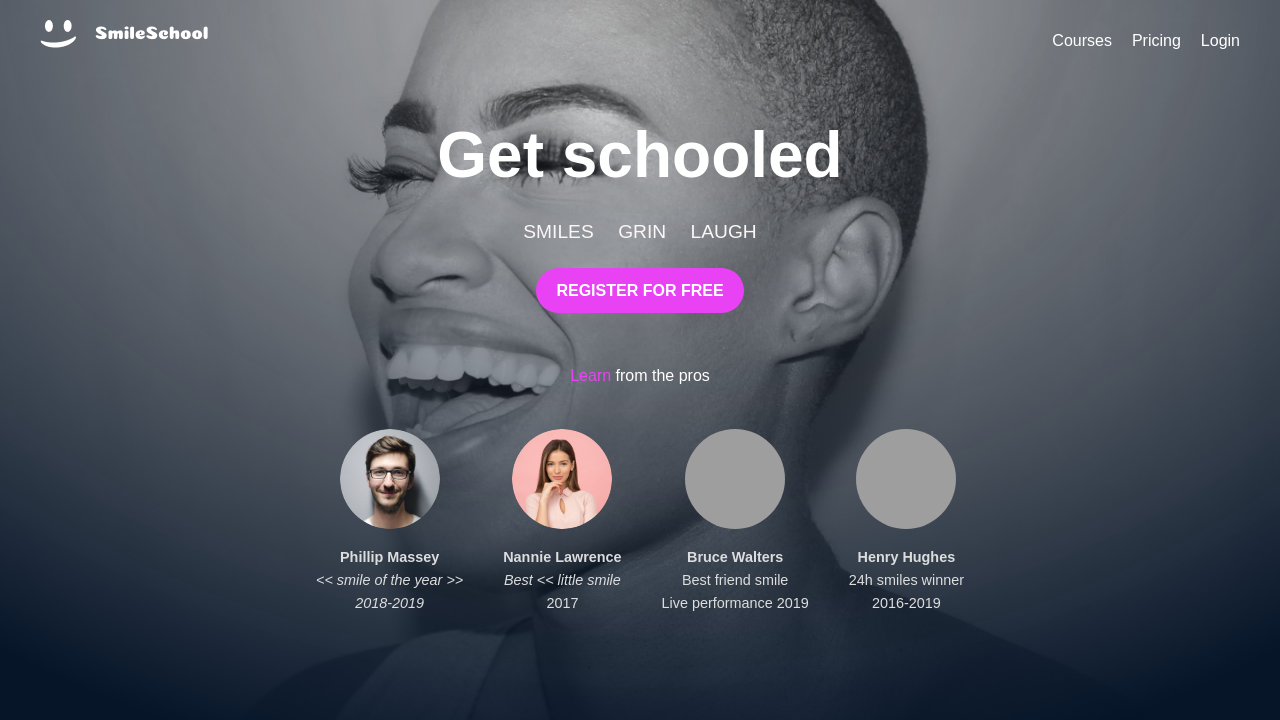
Repository: Patience225/alx_html_css
Page: css_advanced/index.html
These files come from the project's save history. The page is drawn as it stood at one moment and after a run of saves; the edit follows.
The browser window is 1280 px wide. The pictures show the whole page.
Pictures or frames that could not be fetched are drawn as grey boxes.

Above is the page before, as saved 2025-01-03 21:46:37.

After the next 3 saves:
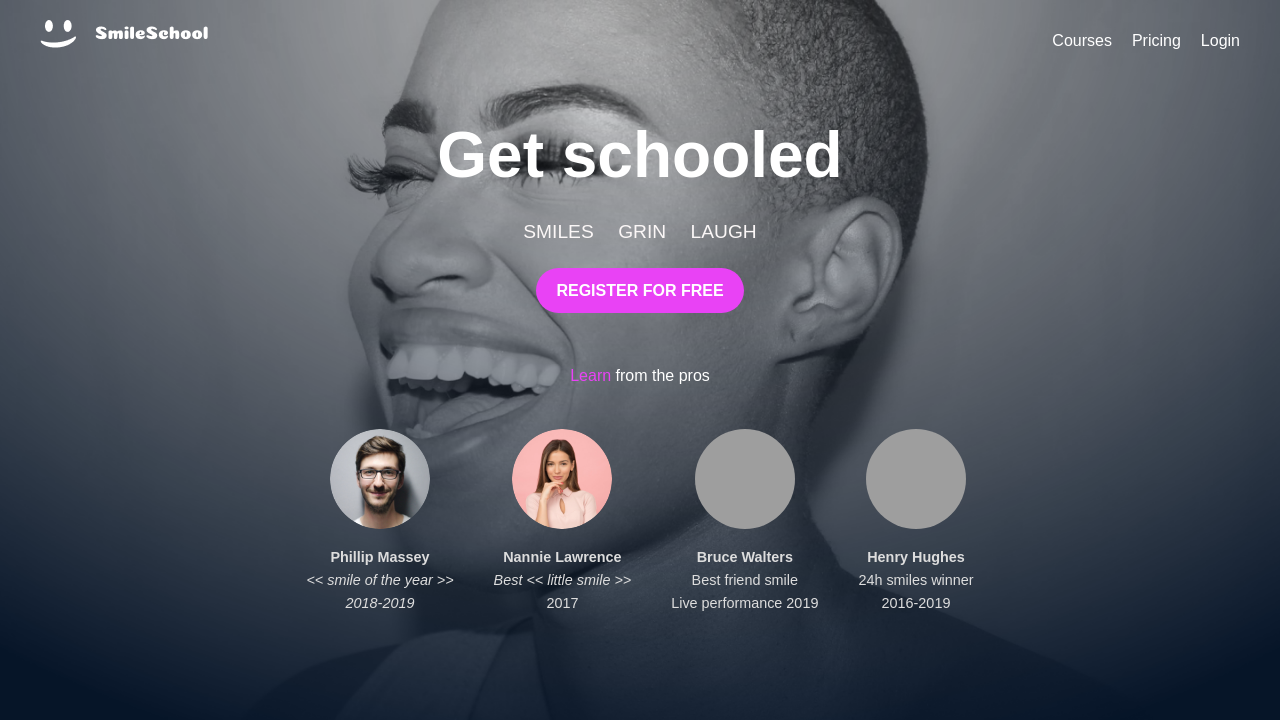
The 3 saves are shown as one change because they came seconds apart.
The last was saved 9 s later.
--- a/css_advanced/index.html
+++ b/css_advanced/index.html
@@ -38,7 +38,7 @@
             </div>
             <div class="profile">
                 <img src="images/Nannie Lawrence.png" alt="Nannie Lawrence">
-                <p><strong>Nannie Lawrence</strong><br><em>Best << little smile</em><br>2017</p>
+                <p><strong>Nannie Lawrence</strong><br><em>Best << little smile >> </em><br>2017</p>
             </div>
             <div class="profile">
                 <img src="profile3.jpg" alt="Bruce Walters">
